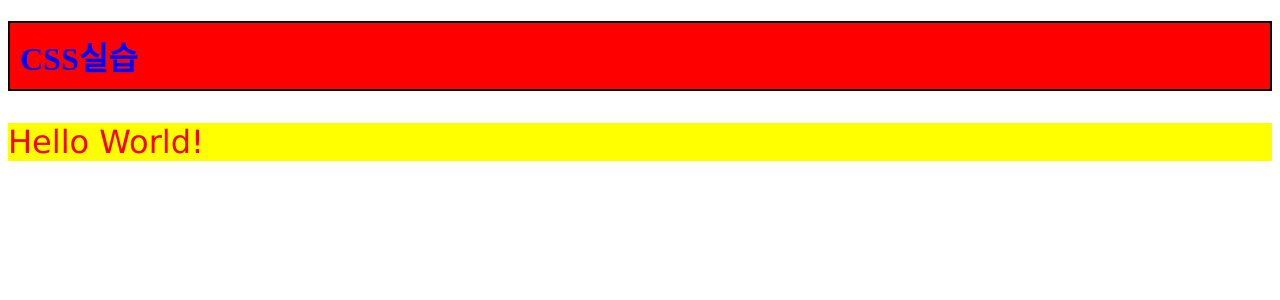
Repository: ashojm/WebWork
Page: Web/first.html
The author's editor kept a copy of each file at every save. The page is drawn from the files as they stood at one save, then again after the next save.
The browser window is 1280 px wide. The pictures show the whole page.

Above is the page before, as saved 2015-11-12 16:14:55.

After the next save:
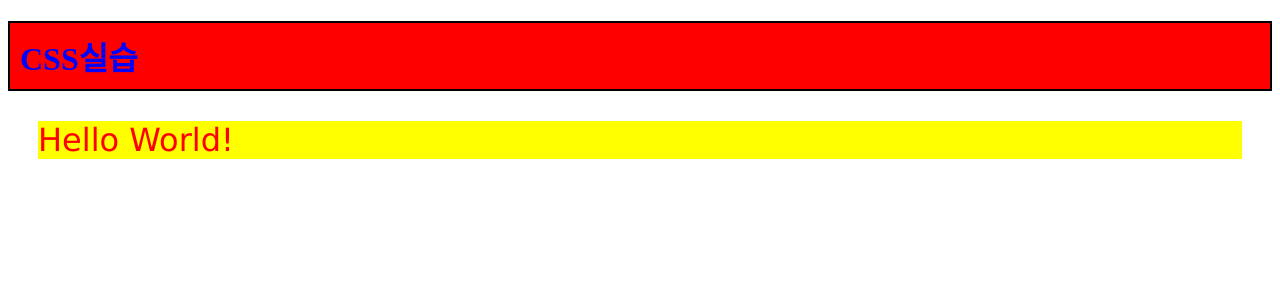
Saved 9 s later.
--- a/Web/css/base.css
+++ b/Web/css/base.css
@@ -1,2 +1,2 @@
 h1{color:#0000FF;font-family:serif;font-size:200%;background-color:red;border:2px solid black;padding:10px}
-p {color:red;font-size:200%;font-family:Verdana;background-color:yellow}
+p {color:red;font-size:200%;font-family:Verdana;background-color:yellow;margin:30px}
